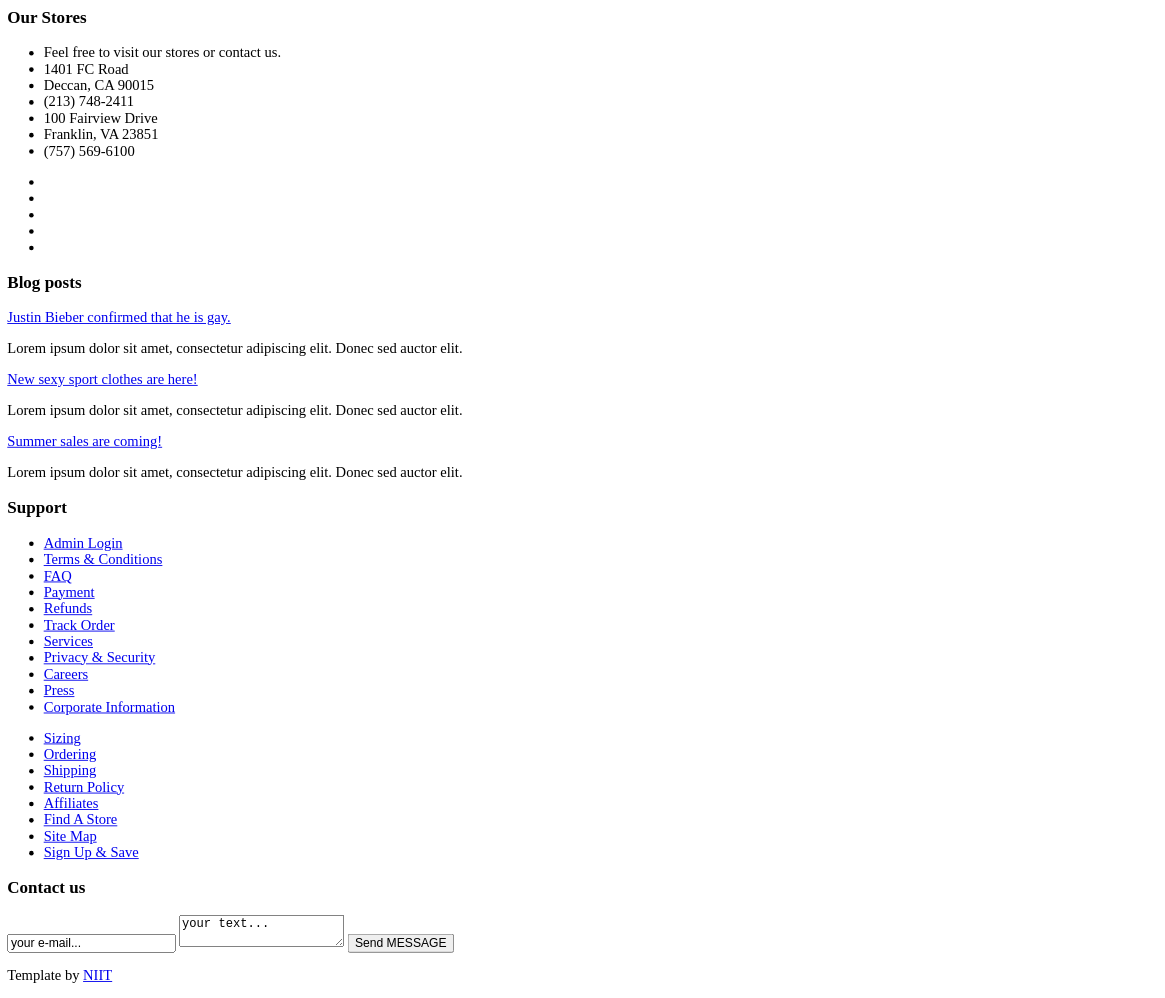
Repository: pratiksha1412/onlineshopping
Page: http://localhost/ShoppingCartFrontend/footer.jsp
These files come from the project's save history. The page is drawn as it stood at one moment and after the next save; the edit follows.
The browser window is 1280 px wide. The pictures show the whole page, at 91% of full size.
The page is served by Tomcat 9. Nobody is signed in. The application's start-up code is not run.

Above is the page before, as saved 2017-01-10 06:43:22.

After the next save:
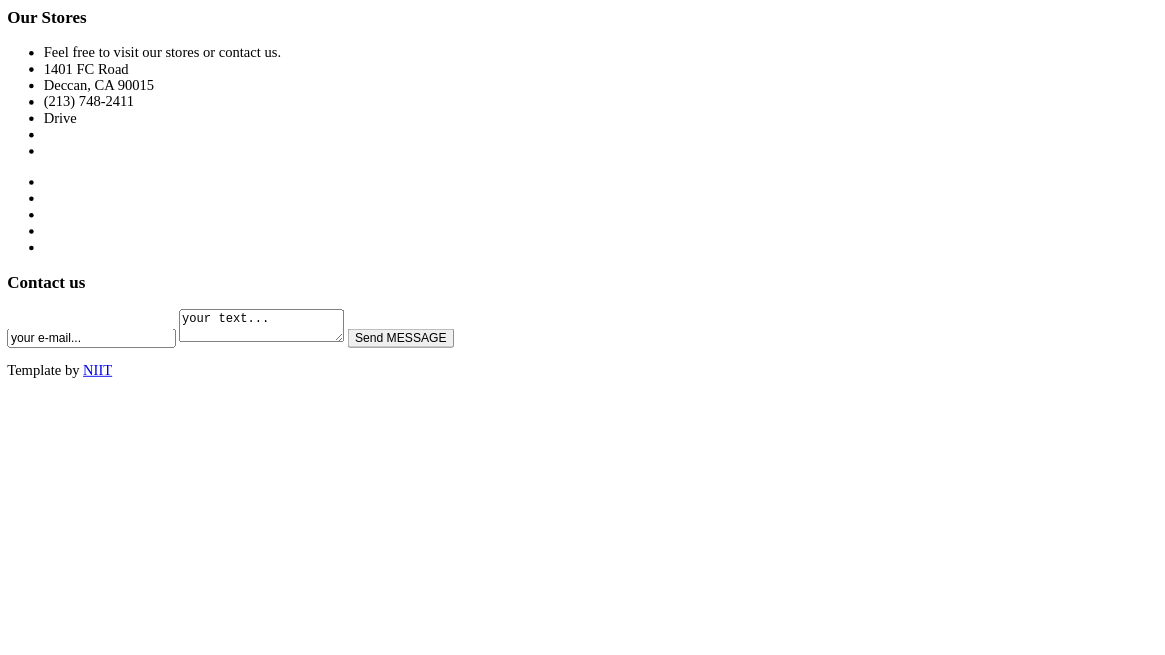
Saved 64 s later.
--- a/ShoppingCartFrontend/src/main/webapp/footer.jsp
+++ b/ShoppingCartFrontend/src/main/webapp/footer.jsp
@@ -11,9 +11,9 @@
 						<li>(213) 748-2411</li>
 
 						<span>
-						<li class="drive">100 Fairview Drive </li>
-						<li>Franklin, VA 23851</li>
-						<li>(757) 569-6100 </li>
+						<li class="drive"> Drive </li>
+						<li></li>
+						<li> </li>
 						</span>
 					</ul>
 				</div>
@@ -26,7 +26,7 @@
 						<li><a href="#" class="rss"></a></li>
 				</div>
 			</div>
-			<div class="col-md-3 blog">
+			<!-- <div class="col-md-3 blog">
 				<h3>Blog posts</h3>
 				<a href="#">Justin Bieber confirmed that he is gay.</a>
 				<p>Lorem ipsum dolor sit amet, consectetur
@@ -73,7 +73,7 @@
 					</div>
 					<div class="clearfix"> </div>
 				</div>
-			</div>
+			</div> -->
 			<div class="col-md-3 contact">
 				<h3>Contact us</h3>
 				<form>
